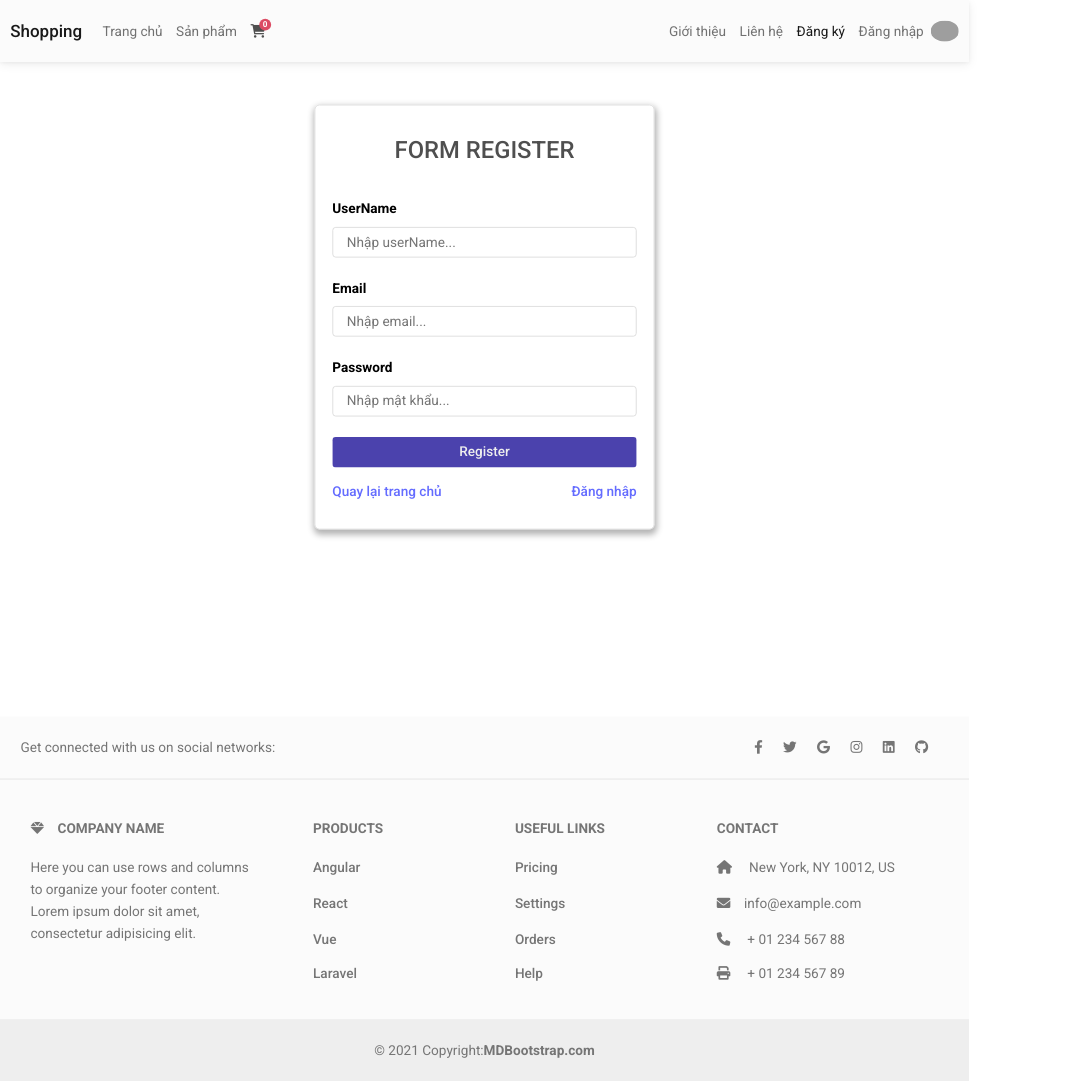
Repository: TinhTT336/MD02_Session10
Page: /register
These files come from the project's save history. The page is drawn as it stood at one moment and after the next save; the edit follows.
The browser window is 1280 px wide. The pictures show the whole page, at 85% of full size.
Pictures or frames that could not be fetched are drawn as grey boxes. Some web libraries are served in a nearby version. The project was rebuilt for these pictures with package versions that can differ from the ones it lists, and the page was loaded fresh each time. Also part of the build but not shown: vite.config.js, src/pages/Home.jsx, src/common/formatMoney.js, src/actions/cartActions.js, src/pages/ListProduct.jsx, src/pages/Cart.jsx, src/components/base/backtop/backtop.css, src/components/base/backtop/BackToTop.jsx and 11 more.

Above is the page before, as saved 2023-09-08 23:15:28.

### index.html
<!DOCTYPE html>
<html lang="en">
  <head>
    <meta charset="UTF-8" />
    <link rel="icon" type="image/svg+xml" href="/vite.svg" />
    <meta name="viewport" content="width=device-width, initial-scale=1.0" />
    <title>Vite + React</title>
    <!-- Font Awesome -->
    <link
      href="https://cdnjs.cloudflare.com/ajax/libs/font-awesome/6.0.0/css/all.min.css"
      rel="stylesheet"
    />
    <!-- Google Fonts -->
    <link
      href="https://fonts.googleapis.com/css?family=Roboto:300,400,500,700&display=swap"
      rel="stylesheet"
    />
    <!-- MDB -->
    <link
      href="https://cdnjs.cloudflare.com/ajax/libs/mdb-ui-kit/6.4.1/mdb.min.css"
      rel="stylesheet"
    />
  </head>
  <body>
    <div id="root"></div>
    <script type="module" src="/src/main.jsx"></script>
    <script
      type="text/javascript"
      src="https://cdnjs.cloudflare.com/ajax/libs/mdb-ui-kit/6.4.1/mdb.min.js"
    ></script>
  </body>
</html>

### src/main.jsx
import React from 'react'
import ReactDOM from 'react-dom/client'
import App from './App.jsx'
import './index.css'
import { BrowserRouter } from 'react-router-dom'
import { Provider } from 'react-redux'
import { createStore } from 'redux'
import { reducer } from './reducers/index.js'

const store = createStore(reducer)
ReactDOM.createRoot(document.getElementById('root')).render(
  <React.StrictMode>
    <BrowserRouter>
      <Provider store={store}>
        <App />
      </Provider>
    </BrowserRouter>
  </React.StrictMode>,
)

### src/App.jsx

import { Route, Routes, useLocation } from 'react-router-dom'
import './App.css'
import Home from './pages/Home'
import ListProduct from './pages/ListProduct'
import Cart from './pages/Cart'
import About from './pages/About'
import Contact from './pages/Contact'
import Register from './pages/Register'
import Login from './pages/Login'
import ProductDetail from './pages/ProductDetail'
import { useEffect } from 'react'
import PrivateRouter from './pages/private/PrivateRouter'
import HomeAdmin from './pages/private/HomeAdmin'
import ManagerProduct from './pages/private/ManagerProduct'
import ManagerUser from './pages/private/ManagerUser'

function App() {
  const location = useLocation();
  useEffect(() => {
    window.scrollTo({ top: 0, behavior: "smooth" });
  }, [location.pathname])
  return (
    <>
      <Routes>
        {/* Router ai cung co the truy cap */}
        <Route path='/' element={<Home />}></Route>
        <Route path='/list-product' element={<ListProduct />}></Route>
        <Route path='/product/:id' element={<ProductDetail />}></Route>
        <Route path='/cart' element={<Cart />}></Route>
        <Route path='/about' element={<About />}></Route>
        <Route path='/contact' element={<Contact />}></Route>
        <Route path='/register' element={<Register />}></Route>
        <Route path='/login' element={<Login />}></Route>
        <Route path='/product-detail' element={<ProductDetail />}></Route>

        {/* Router chi admin moi co the truy cap */}
        <Route path='/admin' element={<PrivateRouter />}>
          {/* path ="/" duong dan tuyet doi */}
          <Route index element={<HomeAdmin />}></Route>
          <Route path='manager-product' element={<ManagerProduct />}></Route>
          <Route path='manager-user' element={<ManagerUser />}></Route>
        </Route>
      </Routes>
    </>
  )
}

export default App

### src/App.css
* {
  margin: 0;
  padding: 0;
  box-sizing: border-box;
}
/* .active {
  background-color: #efefef;
} */
/* body {
  max-width: 90%;
  margin: 0 auto;
} */

.nav-item .nav-link {
  padding: 15px;
}

.fa-cart-shopping {
  position: relative;
}

.fa-cart-shopping + span {
  position: absolute;
  top: -10px;
  right: -10px;
  background-color: red;
  color: white;
  border-radius: 50%;
  padding: 5px 10px;
}

### src/pages/Register.jsx
import React, { useState } from 'react'
import Navbar from '../layouts/Navbar'
import Footer from '../layouts/Footer'
import Button from "../components/base/button/Button";
import { Link, useNavigate } from 'react-router-dom';
import { act_register } from '../actions/userAction';
import { v4 as uuid } from "uuid";
import { useDispatch } from 'react-redux';


export default function Register() {
    const [user, setUser] = useState({
        user_id: uuid(),
        userName: "",
        email: "",
        password: "",
    })
    const handleChange = (e) => {
        const { name, value } = e.target;
        setUser({
            ...user, [name]: value,
        })
    }
    const dispatch = useDispatch();
    const navigate = useNavigate();
    const handleSubmit = (e) => {
        e.preventDefault()
        dispatch(act_register(user));
        navigate('/login');
    }

    return (
        <div>
            <Navbar />
            <div style={{ minHeight: "100vh", marginTop: 50 }} className='d-flex justify-content-center align-item-center'>
                <form onSubmit={handleSubmit} className='form-container'>
                    <h3 className='form-heading text-center p-3'>FORM REGISTER</h3>
                    <div className='form-group mt-4'>
                        <label className='form-label' htmlFor="userName">UserName</label>
                        <input onChange={handleChange} className='form-input' type="text" name='userName' id="userName" placeholder='Nhập userName...' />
                    </div>
                    <div className='form-group mt-4'>
                        <label className='form-label' htmlFor="email">Email</label>
                        <input onChange={handleChange} className='form-input' type="text" name='email' id="email" placeholder='Nhập email...' />
                    </div>
                    <div className='form-group mt-4'>
                        <label className='form-label' htmlFor="password">Password</label>
                        <input onChange={handleChange} className='form-input' type="password" name='password' id="password" placeholder='Nhập mật khẩu...' />
                    </div>
                    <div className='mt-4'>
                        <Button size="100%" title='Register' type='primary' />
                    </div>
                    <div className='mt-3 d-flex justify-content-between'>
                        <Link to={"/"}>Quay lại trang chủ</Link>
                        <Link>Đăng nhập</Link>
                    </div>
                </form>
            </div>
            <Footer />
        </div>
    )
}

### src/layouts/Navbar.jsx
import React from 'react'
import { useSelector } from 'react-redux'
import { Link, NavLink } from 'react-router-dom'

export default function Navbar() {
    const carts = useSelector(cart => cart.listCart);
    return (
        <div>
            <>
                {/* Navbar start */}
                {/* Navbar */}
                <nav className="navbar navbar-expand-lg navbar-light bg-light">
                    {/* Container wrapper */}
                    <div className="container-fluid">
                        {/* Toggle button */}
                        <button
                            className="navbar-toggler"
                            type="button"
                            data-mdb-toggle="collapse"
                            data-mdb-target="#navbarSupportedContent"
                            aria-controls="navbarSupportedContent"
                            aria-expanded="false"
                            aria-label="Toggle navigation"
                        >
                            <i className="fas fa-bars" />
                        </button>
                        {/* Collapsible wrapper */}
                        <div className="collapse navbar-collapse" id="navbarSupportedContent">
                            {/* Navbar brand */}
                            <a className="navbar-brand mt-2 mt-lg-0" >
                                {" "}
                                Shopping{" "}
                            </a>
                            {/* Left links */}
                            <ul className="navbar-nav me-auto mb-2 mb-lg-0">
                                <li className="nav-item">
                                    <NavLink to={"/"} className="nav-link" >
                                        Trang chủ
                                    </NavLink>
                                </li>
                                <li className="nav-item">
                                    <NavLink to={"/list-product"} className="nav-link" >
                                        Sản phẩm
                                    </NavLink>
                                </li>
                                <li className="nav-item">
                                    {/* Icon */}
                                    <Link to={"/cart"} className="text-reset me-3 nav-link" >
                                        <i className="fas fa-shopping-cart" />
                                        <span className="badge rounded-pill badge-notification bg-danger">
                                            {carts.length}
                                        </span>
                                    </Link>
                                </li>
                            </ul>
                            {/* Left links */}
                        </div>
                        {/* Collapsible wrapper */}
                        {/* Right elements */}
                        <div className="d-flex align-items-center">
                            <ul className="navbar-nav me-auto mb-2 mb-lg-0">
                                <li className="nav-item">
                                    <NavLink to={"/about"} className="nav-link" >
                                        Giới thiệu
                                    </NavLink>
                                </li>
                                <li className="nav-item">
                                    <NavLink to={"/contact"} className="nav-link" >
                                        Liên hệ
                                    </NavLink>
                                </li>
                                <li className="nav-item">
                                    <NavLink to={"/register"} className="nav-link" >
                                        Đăng ký
                                    </NavLink>
                                </li>
                                <li className="nav-item">
                                    <NavLink to={"/login"} className="nav-link" >
                                        Đăng nhập
                                    </NavLink>
                                </li>
                            </ul>
                            {/* Avatar */}
                            <div className="dropdown">
                                <a
                                    className="dropdown-toggle d-flex align-items-center hidden-arrow"

                                    id="navbarDropdownMenuAvatar"
                                    role="button"
                                    data-mdb-toggle="dropdown"
                                    aria-expanded="false"
                                >
                                    <img
                                        src="https://mdbcdn.b-cdn.net/img/new/avatars/2.webp"
                                        className="rounded-circle"
                                        height={25}
                                        alt="Black and White Portrait of a Man"
                                        loading="lazy"
                                    />
                                </a>
                                <ul
                                    className="dropdown-menu dropdown-menu-end"
                                    aria-labelledby="navbarDropdownMenuAvatar"
                                >
                                    <li>
                                        <a className="dropdown-item" >
                                            My profile
                                        </a>
                                    </li>
                                    <li>
                                        <a className="dropdown-item" >
                                            Settings
                                        </a>
                                    </li>
                                    <li>
                                        <a className="dropdown-item" >
                                            Logout
                                        </a>
                                    </li>
                                </ul>
                            </div>
                        </div>
                        {/* Right elements */}
                    </div>
                    {/* Container wrapper */}
                </nav>
                {/* Navbar end */}
            </>

        </div>
    )
}

### src/components/base/button/Button.jsx
import React from 'react';
import "./button.css";

export default function Button({ title, size, type }) {
    const styleObj = {
        width: size,
    }
    return (
        <>
            <button style={styleObj} className={`t-button t-button-${type}`}>
                {title}
            </button>
        </>
    )
}

### src/pages/login.css
.form-container {
  border: 1px solid #dadada;
  padding: 20px;
  width: 400px;
  max-height: 500px;
  border-radius: 6px;
  box-shadow: 1px 4px 8px 2px rgba(0, 0, 0, 0.3);
}
.form-group {
  display: flex;
  flex-direction: column;
  margin-bottom: 8px;
}
.form-label {
  font-weight: 600;
  color: #000;
}
.form-input {
  height: 36px;
  padding: 0 16px;
  border-radius: 4px;
  outline: none;
  border: 1px solid #dadada;
}

### src/components/base/button/button.css
.t-button {
  height: 36px;
  border: 1px solid transparent;
  border-radius: 4px;
  padding: 0 16px;
  min-width: 80px;
  /* line-height: 36px; */
  cursor: pointer;
  background-color: #efefef;
}

.t-button-primary {
  background-color: rgba(51, 41, 162, 0.882);
  color: #eee;
}
.t-button-primary:hover {
  background-color: rgba(0, 0, 0, 0.9);
  color: #fff;
}
.t-button-primary:focus {
  background-color: rgba(0, 0, 0, 0.9);
  color: #fff;
}
.t-button-danger {
  background-color: #ff4d4f !important;
}
.t-button-danger:hover {
  background-color: #f5292c !important;
  color: #fff;
}
.t-button-danger:focus {
  background-color: #ef0d11 !important;
  color: #fff;
}

### src/layouts/admin/sidebar/sidebar.css
/* .sidebar-admin {
  width: 230px;
  min-height: 100vh;
  color: #afafaf;
  padding: 5px;
}

.router-item {
  padding: 10px;
  border-bottom: 1px solid rgba(255, 255, 255, 0.1);
  cursor: pointer;
  transition: all.3s ease;
  color: #dfdcdc !important;
  font-size: 14px;
  font-weight: 600;
  display: flex;
  align-items: center;
  position: relative;
  z-index: 1;
  padding: 10px 20px 10px 20px;
  background-color: rgba(255, 255, 255, 0.1);
  border-radius: 5px;
  transition: all.3s ease;
  box-shadow: 0 1px 3px rgba(0, 0, 0, 0.12), 0 1px 2px rgba(0, 0, 0, 0.24);
}

.router-item:hover {
  background-color: rgba(255, 255, 255, 0.2);
  box-shadow: 0 14px 26px -12px rgba(0, 0, 0, 0.42),
    0 4px 23px 0px rgba(0, 0, 0, 0.12), 0 8px 10px -5px rgba(0, 0, 0, 0.2);
  color: #fff !important;
}

.router-item:hover.router-item-icon {
  color: #fff;
}

.router-item-icon {
  font-size: 20px;
  margin-right: 10px;
}

.router-item-title {
  font-size: 14px;
  font-weight: 600;
} */

.m-menu {
  width: 230px;
  background-color: #393a3d;
  color: #fff;
  overflow-y: auto;
}

.m-menu a {
  color: #efe3e3;
  text-decoration: none;
  cursor: pointer;
}

.m-logo-container {
  height: 56px;
  width: 230px;
  display: flex;
  align-items: center;
  /* justify-content: center; */
}

.m-logo-icon {
  height: 56px;
  width: 100%;
  border-right: 1px solid #dadada;
}

.m-menu-item {
  height: calc(100vh - 62px);
  overflow: auto;
}

.m-item-router {
  height: 50px;
  display: flex;
  align-items: center;
  padding-right: 14px;
  padding-left: 8px;
  border-left: 6px solid transparent;
  position: relative;
}

.m-item-router.active::before,
.m-item-router:hover::before {
  content: "";
  color: #fff;
  background: rgb(212, 215, 220);
  opacity: 0.2;
  width: calc(100% + 6px);
  height: 50px;
  left: -6px;
  top: 0px;
  position: absolute;
}

@media screen and (max-width: 600px) {
  .m-item-router .m-item-title {
    display: none;
  }

  .m-menu {
    width: 48px;
  }

  .m-logo-icon {
    height: 70px;
  }
  .collapse {
    left: 8px;
  }
  .collapse .m-item-title {
    display: none;
  }

  .m-navbar {
    height: 48px !important;
  }
}

.m-icon-15-fs {
  margin-right: 8px;
}

Loaded but not shown: src/index.css (common file); src/data/products.json (44 lines, source omitted); src/reducers/listCart.js (96 lines, source omitted); src/reducers/listUser.js (88 lines, source omitted); src/reducers/index.js (6 lines, source omitted); src/contrains/actionTypes.js (5 lines, source omitted); src/actions/userAction.js (8 lines, source omitted); src/reducers/listProduct.js (4 lines, source omitted); src/layouts/Footer.jsx (153 lines, source omitted)

After the next save:
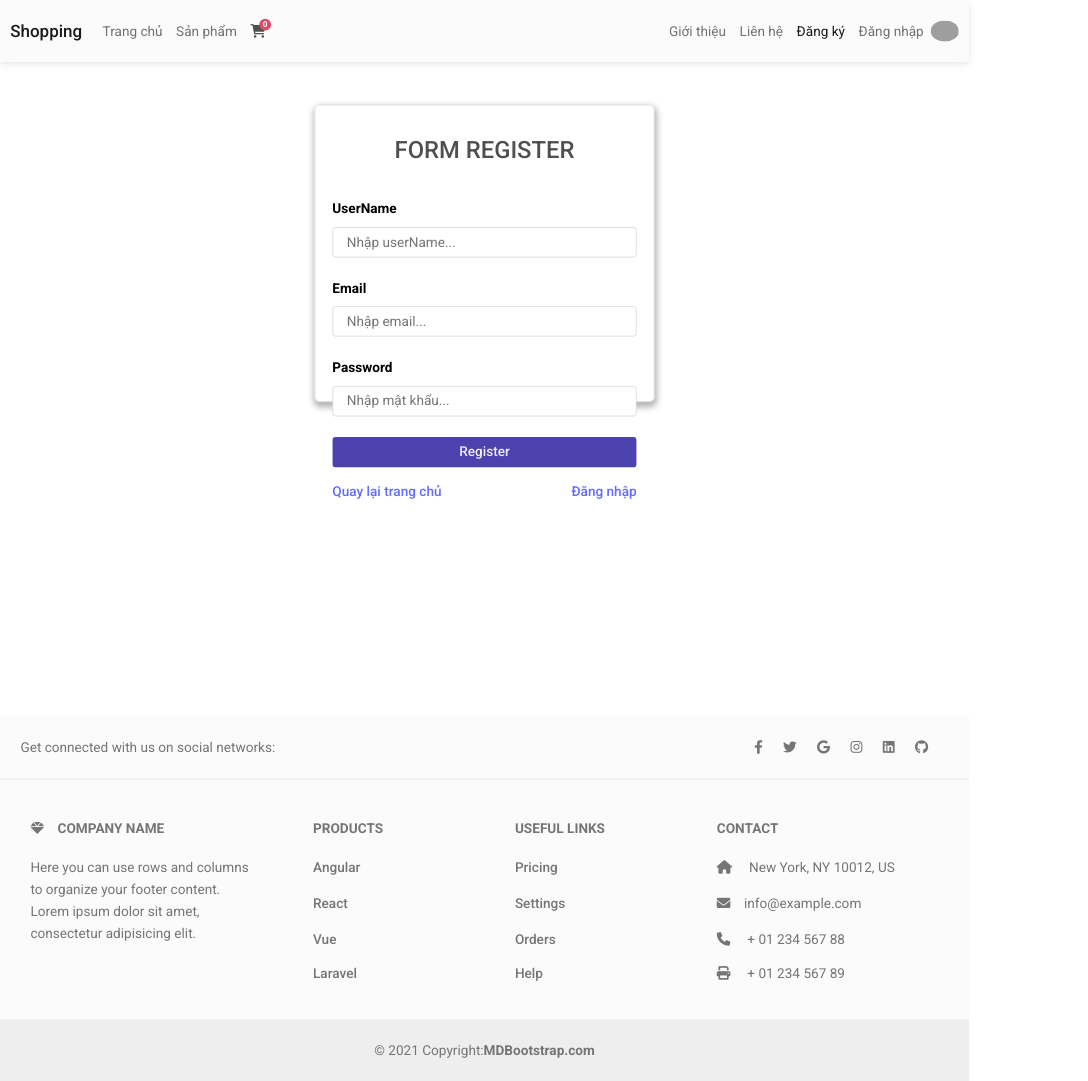
Saved 17 s later.
--- a/src/pages/login.css
+++ b/src/pages/login.css
@@ -2,7 +2,7 @@
   border: 1px solid #dadada;
   padding: 20px;
   width: 400px;
-  max-height: 500px;
+  height: 350px;
   border-radius: 6px;
   box-shadow: 1px 4px 8px 2px rgba(0, 0, 0, 0.3);
 }
